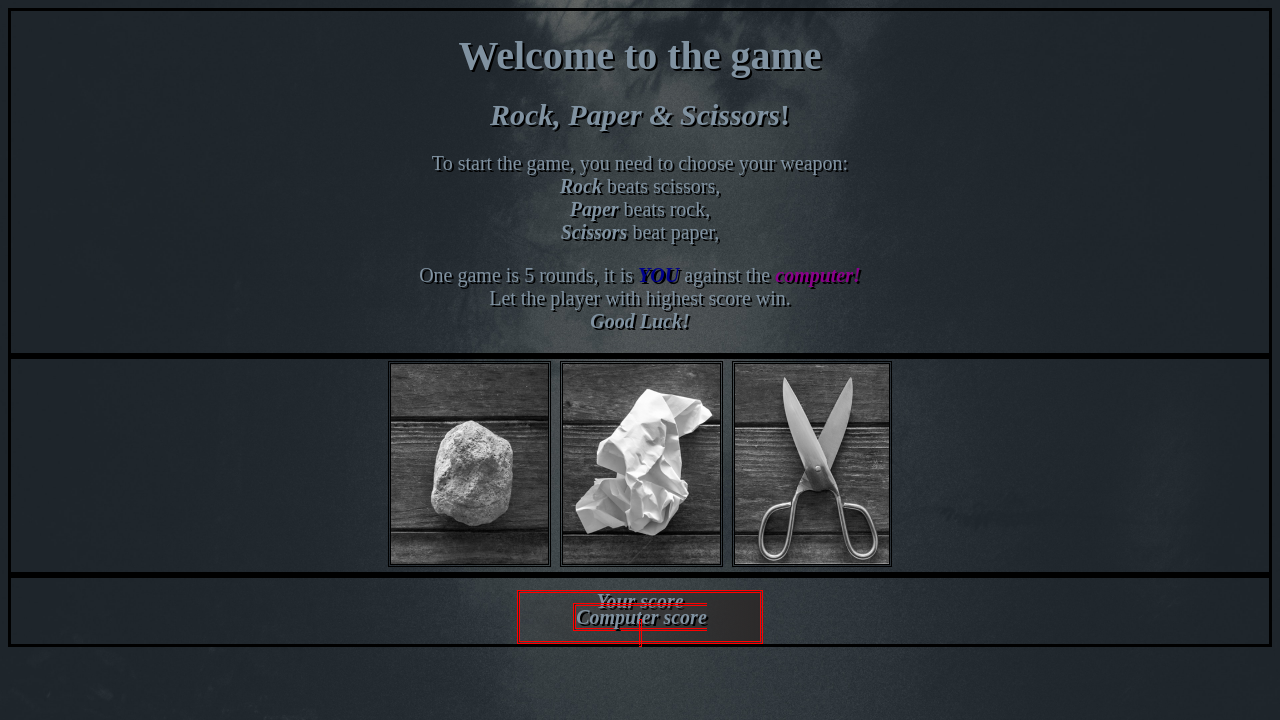
Repository: agneta1991/rock-paper-scissors
Page: Desktop/coding/index2.html
An editor plug-in stored every save of this project. The page is shown before and after the next save, followed by the edit.
The browser window is 1280 px wide. The pictures show the whole page.

Above is the page before, as saved 2023-03-06 08:54:40.

After the next save:
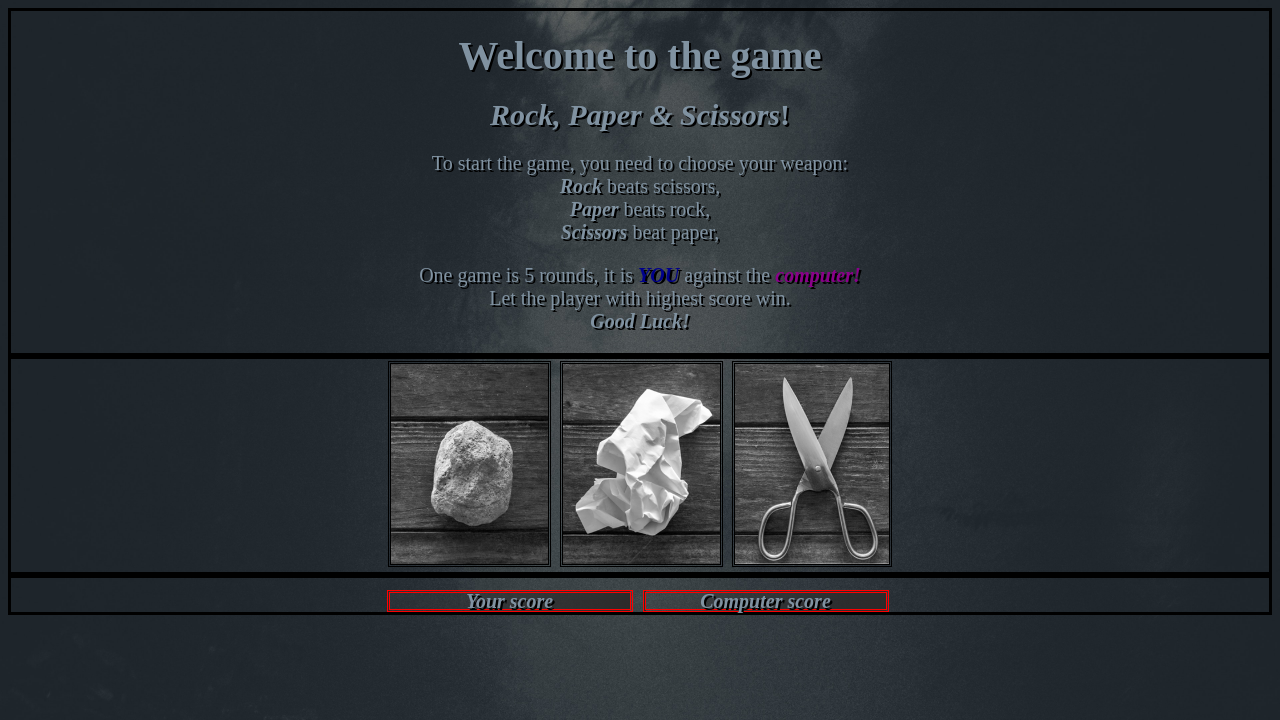
Saved 2 min 7 s later.
--- a/Desktop/coding/index2.html
+++ b/Desktop/coding/index2.html
@@ -31,10 +31,14 @@
         <div id="playerChoice"></div><div id="computerChoice"></div>
         <div id="msg"></div>
         <div class="score">
-            <div class="playerScore"><span>Your score<span></span>
+            <div class="playerScore">
+                <span>Your score</span>
+            </div>
             <div id="displayedPlayerScore"></div>
-            <div class="computerScore"><span>Computer score<span></span>
-            <div id="displayedComputerScore"></div></div>
+            <div class="computerScore">
+                <span>Computer score</span>
+            </div>
+            <div id="displayedComputerScore"></div>
         </div>
     </div>
 </body>
